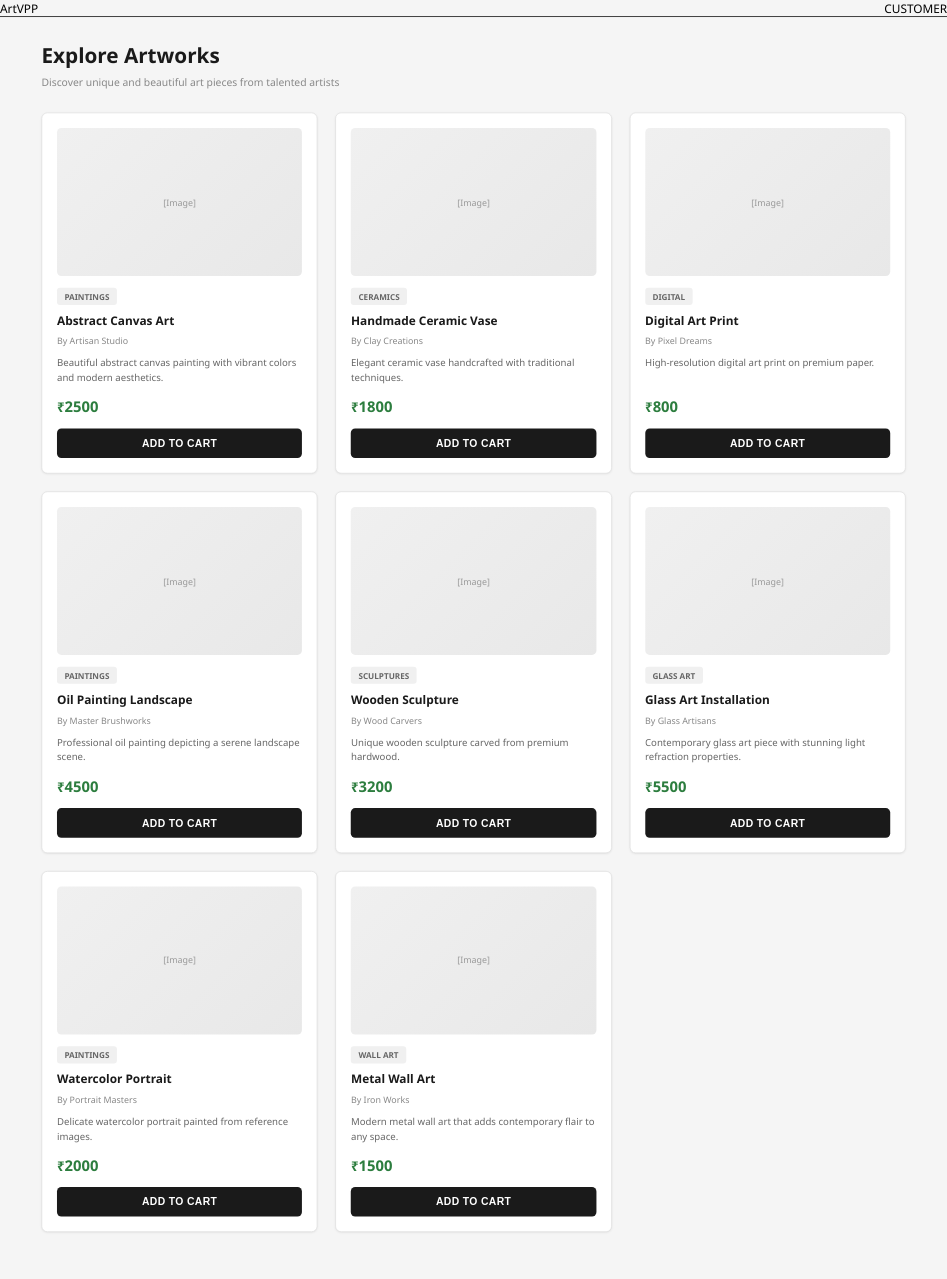
Repository: rushikesh-kolpe21/artvpp
Page: / (app in frontend/)
The author's editor kept a copy of each file at every save. The page is drawn from the files as they stood at one save, then again after the next save.
The browser window is 1280 px wide. The pictures show the whole page, at 74% of full size.
The project was rebuilt for these pictures with package versions that can differ from the ones it lists, and the page was loaded fresh each time. Also part of the build but not shown: frontend/vite.config.js.

Above is the page before, as saved 2026-02-06 15:24:02.

### frontend/src/index.css
@tailwind base;
@tailwind components;
@tailwind utilities;

* {
  margin: 0;
  padding: 0;
  box-sizing: border-box;
}

html, body, #root {
  height: 100%;
  width: 100%;
}

### frontend/src/App.jsx
import CustomerDashboard from './CustomerDashboard'

function App() {
  return <CustomerDashboard />
}

export default App

### frontend/src/CustomerDashboard.jsx
import Navbar from './components/Navbar';
import ProductCard from './components/ProductCard';
import { products } from './data/products';
import './styles/CustomerDashboard.css';

function CustomerDashboard() {
  return (
    <div className="customer-app">
      <Navbar />

      <div className="customer-container">
        <div className="products-header">
          <h1>Explore Artworks</h1>
          <p>Discover unique and beautiful art pieces from talented artists</p>
        </div>

        {products.length > 0 ? (
          <div className="products-grid">
            {products.map((product) => (
              <ProductCard key={product.id} product={product} />
            ))}
          </div>
        ) : (
          <div className="empty-state">
            <h2>No Products Available</h2>
            <p>Check back soon for amazing artworks!</p>
          </div>
        )}
      </div>
    </div>
  );
}

export default CustomerDashboard;

### frontend/src/components/Navbar.jsx
function Navbar() {
  return (
    <nav className="bg-white border-b border-gray-200 px-8 py-4 shadow-sm sticky top-0 z-100">
      <div className="flex justify-between items-center">
        <div className="text-2xl font-bold text-gray-900 tracking-wide">ArtVPP</div>
        <div className="text-sm font-medium text-gray-600 uppercase tracking-wider">Customer</div>
      </div>
    </nav>
  );
}

export default Navbar;

### frontend/src/components/ProductCard.jsx
function ProductCard({ product }) {
  const handleAddToCart = () => {
    alert(`"${product.name}" added to cart!`);
  };

  return (
    <div className="product-card">
      <div className="product-image-placeholder">
        [Image]
      </div>

      <span className="product-category">{product.category}</span>

      <h3 className="product-name">{product.name}</h3>

      <p className="product-vendor">By {product.vendor}</p>

      <p className="product-description">{product.description}</p>

      <div className="product-price">
        <span className="price-currency">₹</span>{product.price}
      </div>

      <button className="add-to-cart-btn" onClick={handleAddToCart}>
        Add to Cart
      </button>
    </div>
  );
}

export default ProductCard;

### frontend/src/data/products.js
export const products = [
  {
    id: 1,
    name: "Abstract Canvas Art",
    category: "Paintings",
    price: 2500,
    vendor: "Artisan Studio",
    description: "Beautiful abstract canvas painting with vibrant colors and modern aesthetics."
  },
  {
    id: 2,
    name: "Handmade Ceramic Vase",
    category: "Ceramics",
    price: 1800,
    vendor: "Clay Creations",
    description: "Elegant ceramic vase handcrafted with traditional techniques."
  },
  {
    id: 3,
    name: "Digital Art Print",
    category: "Digital",
    price: 800,
    vendor: "Pixel Dreams",
    description: "High-resolution digital art print on premium paper."
  },
  {
    id: 4,
    name: "Oil Painting Landscape",
    category: "Paintings",
    price: 4500,
    vendor: "Master Brushworks",
    description: "Professional oil painting depicting a serene landscape scene."
  },
  {
    id: 5,
    name: "Wooden Sculpture",
    category: "Sculptures",
    price: 3200,
    vendor: "Wood Carvers",
    description: "Unique wooden sculpture carved from premium hardwood."
  },
  {
    id: 6,
    name: "Glass Art Installation",
    category: "Glass Art",
    price: 5500,
    vendor: "Glass Artisans",
    description: "Contemporary glass art piece with stunning light refraction properties."
  },
  {
    id: 7,
    name: "Watercolor Portrait",
    category: "Paintings",
    price: 2000,
    vendor: "Portrait Masters",
    description: "Delicate watercolor portrait painted from reference images."
  },
  {
    id: 8,
    name: "Metal Wall Art",
    category: "Wall Art",
    price: 1500,
    vendor: "Iron Works",
    description: "Modern metal wall art that adds contemporary flair to any space."
  }
];

### frontend/src/styles/CustomerDashboard.css
.customer-app {
  margin: 0;
  padding: 0;
  font-family: 'Segoe UI', Tahoma, Geneva, Verdana, sans-serif;
  background-color: #f5f5f5;
  min-height: 100vh;
}

/* Navbar Styling */
.navbar {
  background-color: #ffffff;
  border-bottom: 1px solid #e0e0e0;
  padding: 16px 32px;
  display: flex;
  justify-content: space-between;
  align-items: center;
  box-shadow: 0 2px 4px rgba(0, 0, 0, 0.05);
  position: sticky;
  top: 0;
  z-index: 100;
}

.navbar-left {
  font-size: 24px;
  font-weight: 700;
  color: #1a1a1a;
  letter-spacing: 1px;
}

.navbar-right {
  font-size: 14px;
  font-weight: 500;
  color: #666666;
  text-transform: uppercase;
  letter-spacing: 0.5px;
}

/* Main Container */
.customer-container {
  max-width: 1200px;
  margin: 0 auto;
  padding: 32px 16px;
}

/* Page Header */
.products-header {
  margin-bottom: 32px;
}

.products-header h1 {
  font-size: 28px;
  font-weight: 700;
  color: #1a1a1a;
  margin: 0 0 8px 0;
}

.products-header p {
  font-size: 14px;
  color: #888888;
  margin: 0;
}

/* Products Grid */
.products-grid {
  display: grid;
  grid-template-columns: repeat(auto-fill, minmax(280px, 1fr));
  gap: 24px;
  margin-bottom: 32px;
}

/* Product Card */
.product-card {
  background-color: #ffffff;
  border: 1px solid #e0e0e0;
  border-radius: 8px;
  padding: 20px;
  display: flex;
  flex-direction: column;
  transition: all 0.3s ease;
  box-shadow: 0 1px 3px rgba(0, 0, 0, 0.08);
  height: 100%;
}

.product-card:hover {
  box-shadow: 0 4px 12px rgba(0, 0, 0, 0.12);
  transform: translateY(-2px);
}

.product-image-placeholder {
  width: 100%;
  height: 200px;
  background: linear-gradient(135deg, #f0f0f0 0%, #e8e8e8 100%);
  border-radius: 6px;
  margin-bottom: 16px;
  display: flex;
  align-items: center;
  justify-content: center;
  color: #999999;
  font-size: 12px;
  text-align: center;
}

.product-category {
  display: inline-block;
  background-color: #f0f0f0;
  color: #666666;
  padding: 4px 10px;
  border-radius: 4px;
  font-size: 11px;
  font-weight: 600;
  text-transform: uppercase;
  margin-bottom: 10px;
  width: fit-content;
}

.product-name {
  font-size: 16px;
  font-weight: 700;
  color: #1a1a1a;
  margin: 0 0 8px 0;
  line-height: 1.4;
}

.product-vendor {
  font-size: 12px;
  color: #888888;
  margin: 0 0 12px 0;
  font-weight: 500;
}

.product-description {
  font-size: 13px;
  color: #666666;
  margin: 0 0 16px 0;
  line-height: 1.5;
  flex-grow: 1;
  display: -webkit-box;
  -webkit-line-clamp: 2;
  -webkit-box-orient: vertical;
  overflow: hidden;
}

.product-price {
  font-size: 20px;
  font-weight: 700;
  color: #2c7d3e;
  margin: 0 0 16px 0;
}

.price-currency {
  font-size: 18px;
}

/* Add to Cart Button */
.add-to-cart-btn {
  width: 100%;
  padding: 12px 16px;
  background-color: #1a1a1a;
  color: #ffffff;
  border: none;
  border-radius: 6px;
  font-size: 14px;
  font-weight: 600;
  cursor: pointer;
  transition: all 0.3s ease;
  text-transform: uppercase;
  letter-spacing: 0.5px;
}

.add-to-cart-btn:hover {
  background-color: #333333;
  transform: scale(1.02);
}

.add-to-cart-btn:active {
  transform: scale(0.98);
}

/* Empty State */
.empty-state {
  text-align: center;
  padding: 60px 20px;
  color: #888888;
}

.empty-state h2 {
  font-size: 20px;
  margin-bottom: 10px;
  color: #1a1a1a;
}

.empty-state p {
  font-size: 14px;
  margin: 0;
}

/* Responsive Design */
@media (max-width: 768px) {
  .navbar {
    padding: 12px 16px;
  }

  .navbar-left {
    font-size: 20px;
  }

  .customer-container {
    padding: 20px 12px;
  }

  .products-header h1 {
    font-size: 22px;
  }

  .products-grid {
    grid-template-columns: repeat(auto-fill, minmax(200px, 1fr));
    gap: 16px;
  }

  .product-card {
    padding: 16px;
  }

  .product-image-placeholder {
    height: 150px;
    margin-bottom: 12px;
  }
}

@media (max-width: 480px) {
  .products-grid {
    grid-template-columns: 1fr;
  }

  .navbar {
    flex-direction: column;
    gap: 8px;
    padding: 12px;
  }

  .navbar-left {
    font-size: 18px;
  }

  .navbar-right {
    font-size: 12px;
  }
}

Loaded but not shown: frontend/index.html (common file); frontend/src/main.jsx (common file)

After the next save:
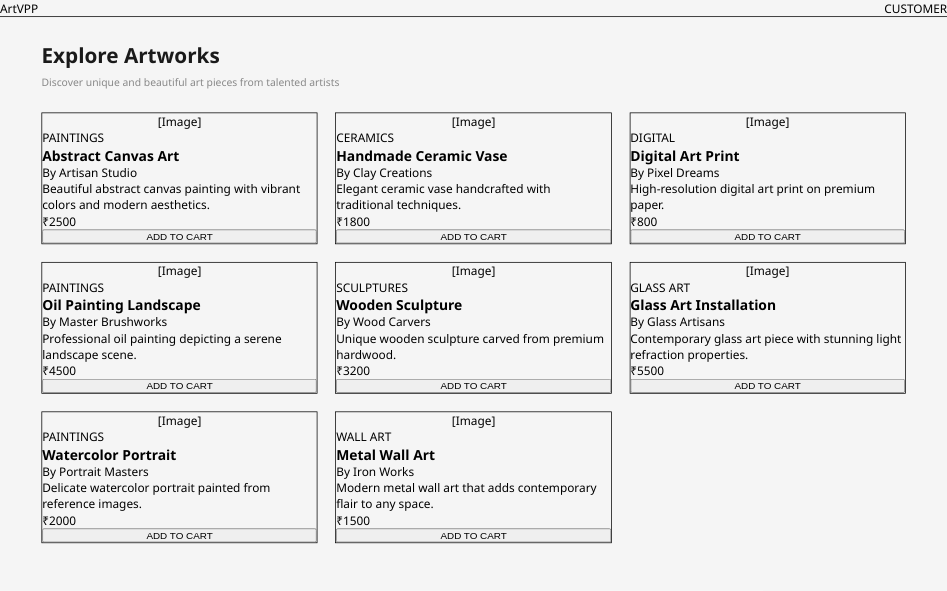
Saved 1 s later.
--- a/frontend/src/components/ProductCard.jsx
+++ b/frontend/src/components/ProductCard.jsx
@@ -4,24 +4,33 @@ function ProductCard({ product }) {
   };
 
   return (
-    <div className="product-card">
-      <div className="product-image-placeholder">
+    <div className="bg-white border border-gray-200 rounded-lg p-5 flex flex-col h-full shadow-sm hover:shadow-lg hover:-translate-y-0.5 transition-all duration-300">
+      <div className="w-full h-48 bg-gradient-to-br from-gray-100 to-gray-200 rounded-md mb-4 flex items-center justify-center text-gray-600 text-sm text-center">
         [Image]
       </div>
 
-      <span className="product-category">{product.category}</span>
+      <span className="inline-block bg-gray-100 text-gray-700 px-2.5 py-1 rounded text-xs font-semibold uppercase mb-2.5 w-fit">
+        {product.category}
+      </span>
 
-      <h3 className="product-name">{product.name}</h3>
+      <h3 className="text-base font-bold text-gray-900 mb-2 leading-snug">
+        {product.name}
+      </h3>
 
-      <p className="product-vendor">By {product.vendor}</p>
+      <p className="text-xs text-gray-600 mb-3 font-medium">By {product.vendor}</p>
 
-      <p className="product-description">{product.description}</p>
+      <p className="text-sm text-gray-700 mb-4 line-clamp-2 flex-grow leading-relaxed">
+        {product.description}
+      </p>
 
-      <div className="product-price">
-        <span className="price-currency">₹</span>{product.price}
+      <div className="text-xl font-bold text-green-700 mb-4">
+        <span className="text-lg">₹</span>{product.price}
       </div>
 
-      <button className="add-to-cart-btn" onClick={handleAddToCart}>
+      <button
+        className="w-full py-3 px-4 bg-gray-900 text-white rounded-md font-semibold uppercase text-sm tracking-wider hover:bg-gray-800 active:scale-95 transition-all duration-200"
+        onClick={handleAddToCart}
+      >
         Add to Cart
       </button>
     </div>
